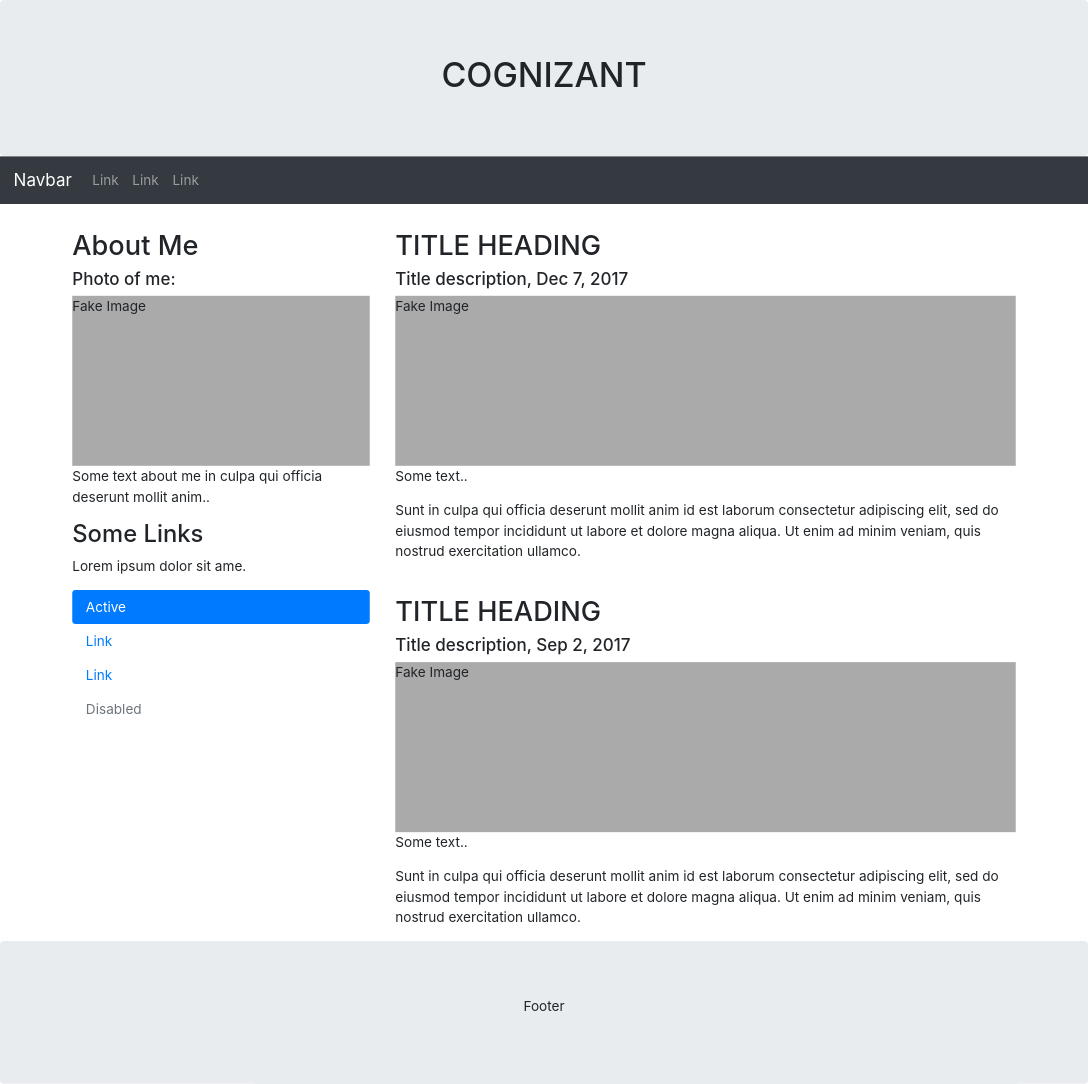
Repository: MVaishnavi27/cognizant
Page: BootstrapMain/WebContent/bootstrap/TemplateBS.html
These files come from the project's save history. The page is drawn as it stood at one moment and after the next save; the edit follows.
The browser window is 1280 px wide. The pictures show the whole page, at 85% of full size.

Above is the page before, as saved 2020-01-18 10:58:06.

After the next save:
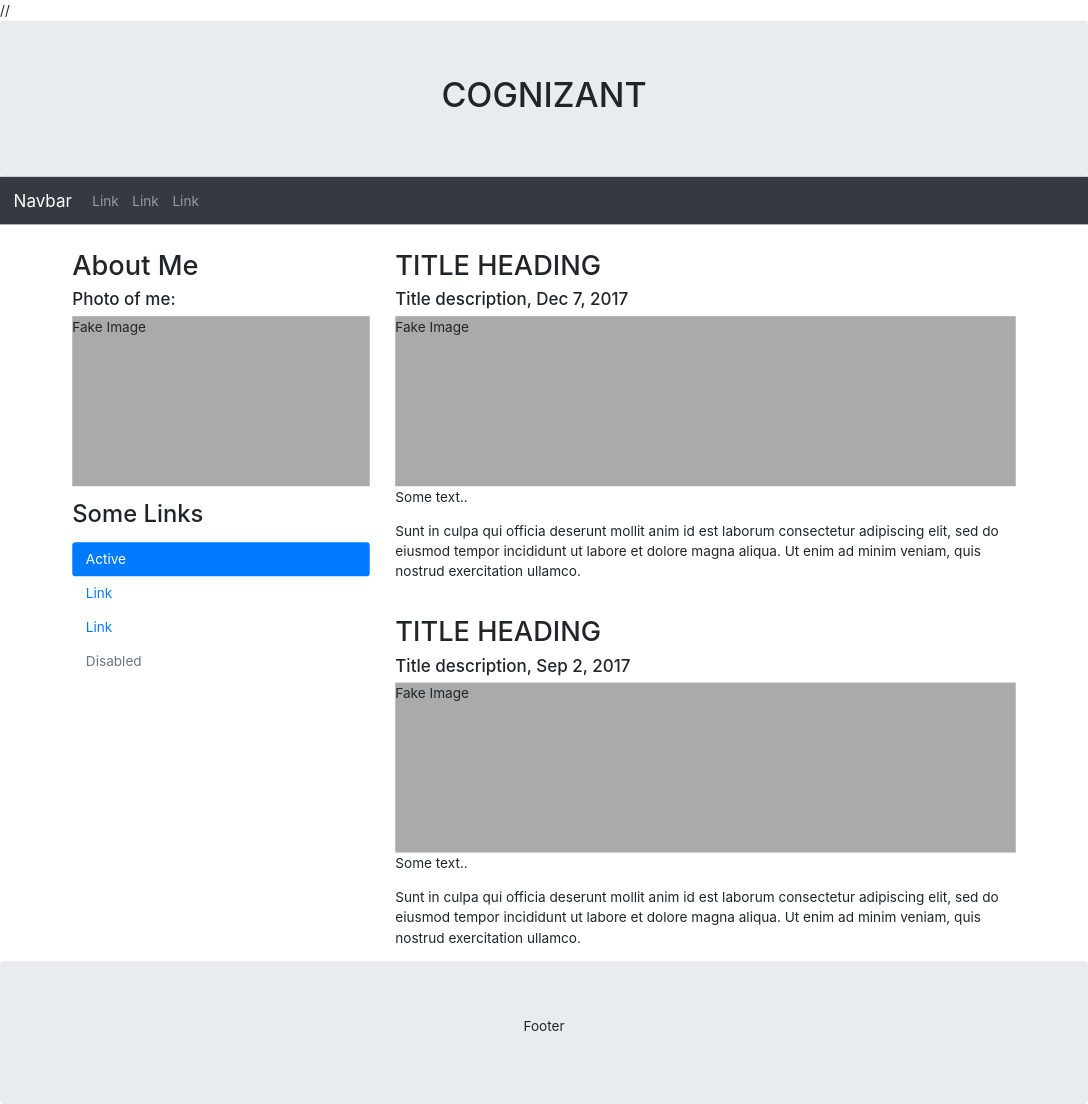
Saved 22 min 26 s later.
--- a/BootstrapMain/WebContent/bootstrap/TemplateBS.html
+++ b/BootstrapMain/WebContent/bootstrap/TemplateBS.html
@@ -4,7 +4,7 @@
   <title>Bootstrap 4 Website Example</title>
   <meta charset="utf-8">
   <meta name="viewport" content="width=device-width, initial-scale=1">
-  <link rel="stylesheet" href="https://maxcdn.bootstrapcdn.com/bootstrap/4.4.1/css/bootstrap.min.css">
+ // <link rel="stylesheet" href="https://maxcdn.bootstrapcdn.com/bootstrap/4.4.1/css/bootstrap.min.css">
   <script src="https://ajax.googleapis.com/ajax/libs/jquery/3.4.1/jquery.min.js"></script>
   <script src="https://cdnjs.cloudflare.com/ajax/libs/popper.js/1.16.0/umd/popper.min.js"></script>
   <script src="https://maxcdn.bootstrapcdn.com/bootstrap/4.4.1/js/bootstrap.min.js"></script>
@@ -47,9 +47,9 @@
       <h2>About Me</h2>
       <h5>Photo of me:</h5>
       <div class="fakeimg">Fake Image</div>
-      <p>Some text about me in culpa qui officia deserunt mollit anim..</p>
+      <p></p>
       <h3>Some Links</h3>
-      <p>Lorem ipsum dolor sit ame.</p>
+      <p></p>
       <ul class="nav nav-pills flex-column">
         <li class="nav-item">
           <a class="nav-link active" href="#">Active</a>
